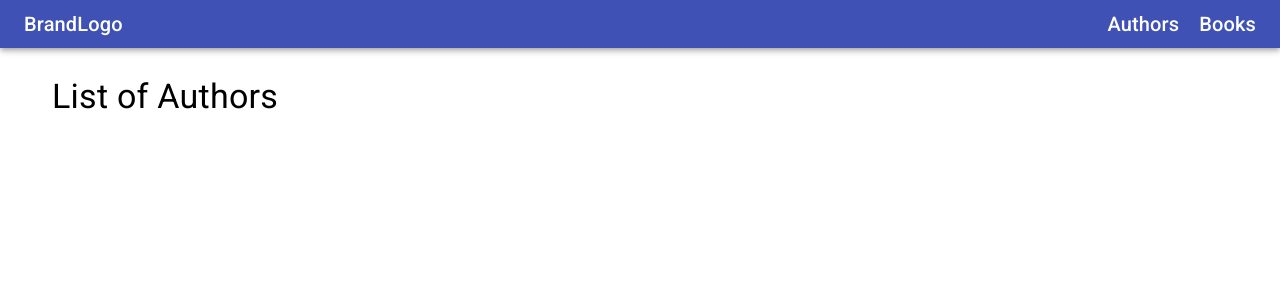
Repository: Sociophuck/00007494
Page: /authors (app in front/)
These files come from the project's save history. The page is drawn as it stood at one moment and after the next save; the edit follows.
The browser window is 1280 px wide. The pictures show the whole page.
The page's requests for data from a server got no answer. The project was rebuilt for these pictures with package versions that can differ from the ones it lists, and the page was loaded fresh each time. No one was signed in, and anything a server would have sent is missing. Also part of the build but not shown: front/src/Book.js, front/src/Home.js, front/src/AuthorDetails.js.

Above is the page before, as saved 2021-04-04 14:57:48.

After the next save:
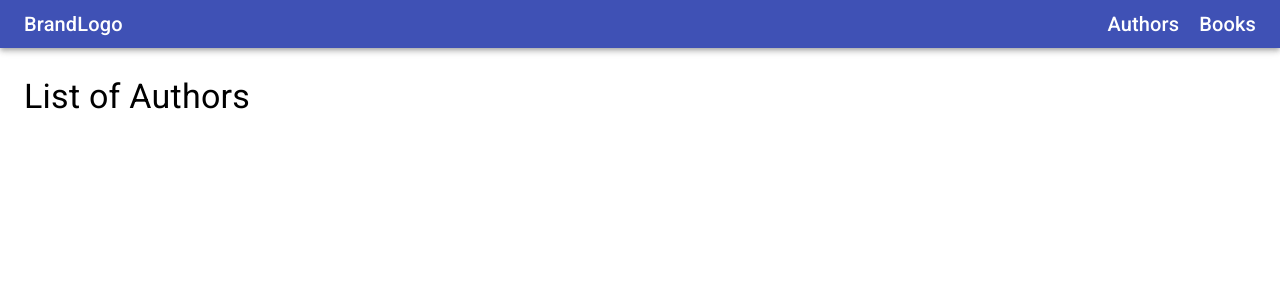
Saved 2 min 39 s later.
--- a/front/src/App.css
+++ b/front/src/App.css
@@ -1,3 +1,3 @@
 .mainBody {
-  padding: 28px;
+  padding-top: 28px;
 }

After the save that followed:
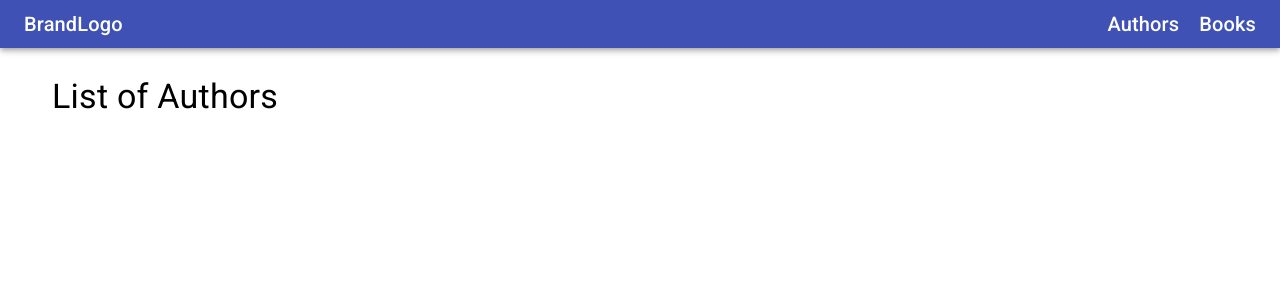
Saved 11 s later.
--- a/front/src/App.css
+++ b/front/src/App.css
@@ -1,3 +1,3 @@
 .mainBody {
-  padding-top: 28px;
+  padding: 28px;
 }
